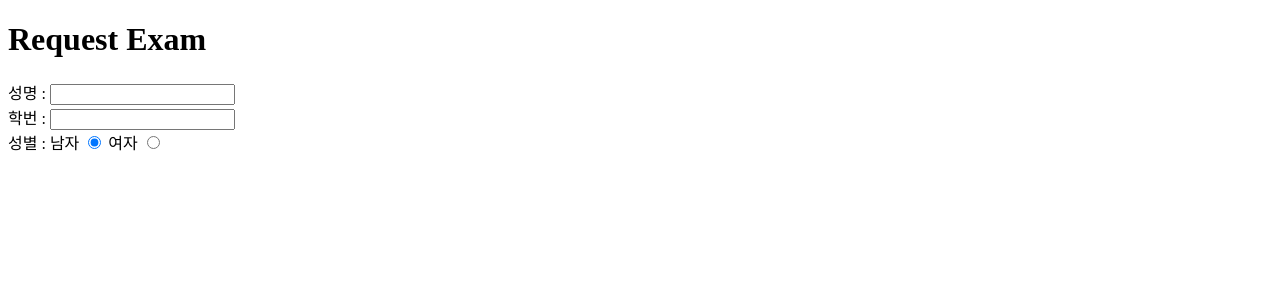
Repository: kimwoongasd/JSPAndServlet
Page: day1221/src/main/webapp/21_request.html
These files come from the project's save history. The page is drawn as it stood at one moment and after the next save; the edit follows.
The browser window is 1280 px wide. The pictures show the whole page.

Above is the page before, as saved 2023-12-21 06:37:36.

After the next save:
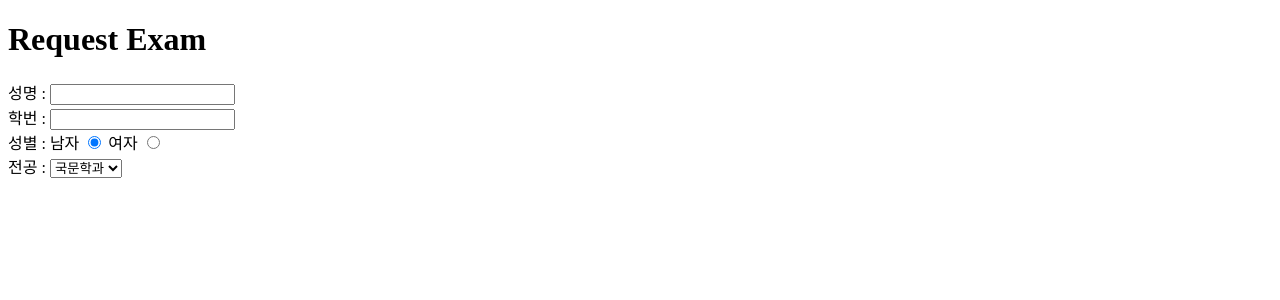
Saved 88 s later.
--- a/day1221/src/main/webapp/21_request.html
+++ b/day1221/src/main/webapp/21_request.html
@@ -13,7 +13,14 @@
 		남자 <input type="radio" name="gender" value="man" checked>
 		여자 <input type="radio" name="gender" value="woman"><br>
 
-
+		전공 :
+		<select name="major">
+			<option value="">국문학과</option>
+			<option value="">영문학과</option>
+			<option value="">수학과</option>
+			<option value="">정치학과</option>
+			<option value="">체육학과</option>
+		</select>
 	</form>
 </body>
 </html>
